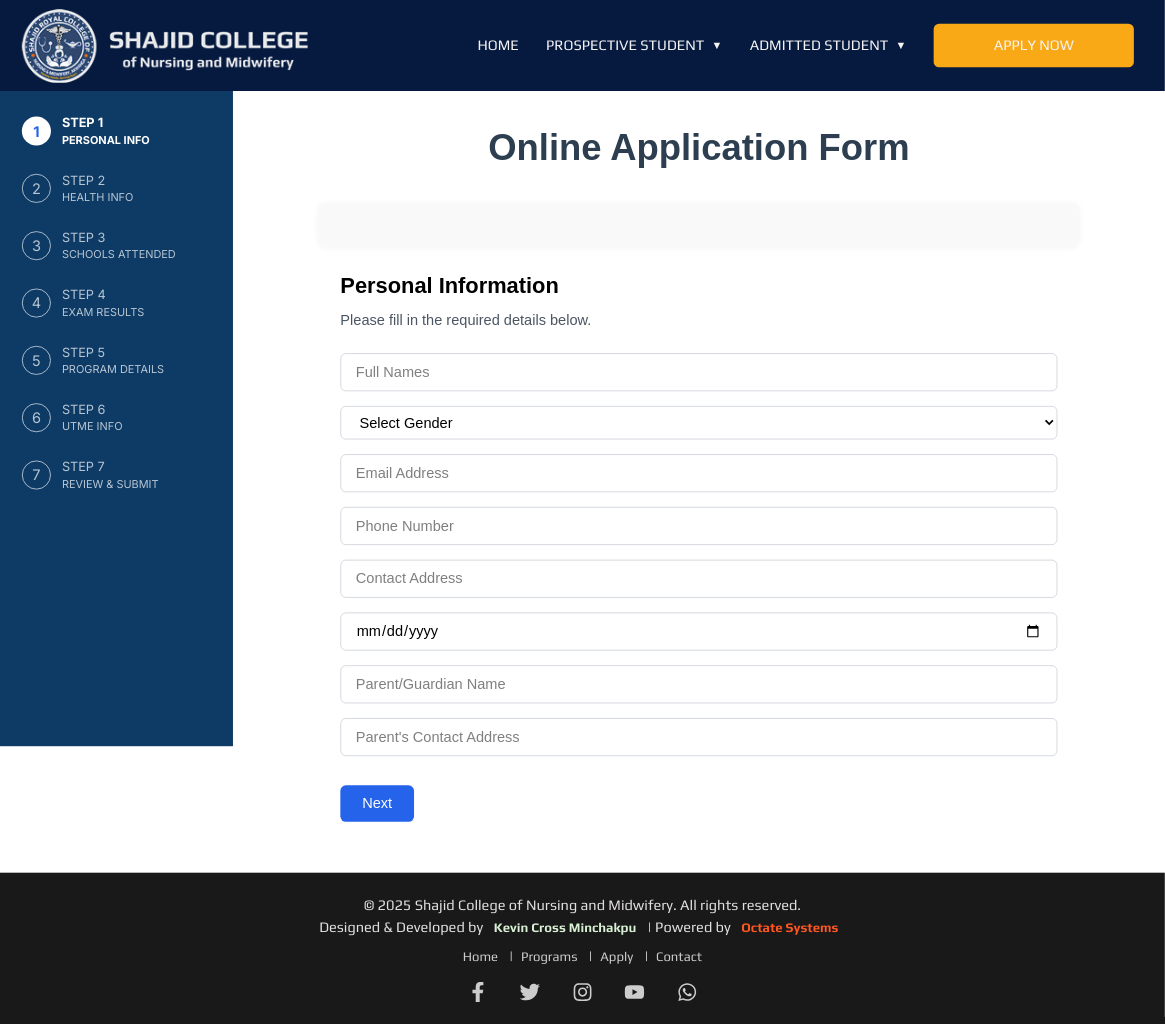
Repository: GlorifiedIntel/shajid-sms
Page: /apply
The author's editor kept a copy of each file at every save. The page is drawn from the files as they stood at one save, then again after the next save.
The browser window is 1280 px wide. The pictures show the whole page, at 91% of full size.
The project was rebuilt for these pictures with package versions that can differ from the ones it lists, and the page was loaded fresh each time. The framework's server and built-in components were replaced by stand-ins that run in the browser. Also part of the build but not shown: next.config.mjs, src/components/steps/HealthInfo.module.css, src/components/steps/HealthInfo.jsx, src/components/steps/SchoolsAttended.module.css, src/components/steps/SchoolsAttended.jsx, src/constants/subjects.js, src/components/steps/ExamResults.module.css, src/components/steps/ExamResults.jsx and 7 more.

Above is the page before, as saved 2025-07-04 16:39:32.

### src/app/layout.js
import { Inter } from 'next/font/google';
import { Play } from 'next/font/google';
import './globals.css';
import Navbar from '@/components/navbar/Navbar';
import Footer from '@/components/footer/Footer';
import SessionProviderWrapper from '@/components/SessionProviderWrapper';
import '@/icons/fontawesome';

const inter = Inter({ subsets: ['latin'] });

const play = Play({
  subsets: ['latin'],
  weight: ['400', '700'],
  variable: '--font-play',
});

export const metadata = {
  title: 'Shajid College Student Management System',
  description:
    'This is a full-featured, responsive web application built using Next.js for Shajid College of Nursing and Midwifery.',
};

export default function RootLayout({ children }) {
  return (
    <html lang="en">
      <body className={inter.className}>
        <SessionProviderWrapper>
          <div className="container">
            <Navbar />
            {children}
            <Footer />
          </div>
        </SessionProviderWrapper>
      </body>
    </html>
  );
}

### src/app/apply/page.jsx
'use client';

import { FormProvider, useFormStep } from '@/context/FormContext';
import Sidebar from '@/components/Sidebar';
import PersonalInfo from '@/components/steps/PersonalInfo';
import HealthInfo from '@/components/steps/HealthInfo';
import SchoolsAttended from '@/components/steps/SchoolsAttended';
import ExamResults from '@/components/steps/ExamResults';
import ProgramDetails from '@/components/steps/ProgramDetails';
import UTMEInfo from '@/components/steps/UTMEInfo';
import Review from '@/components/steps/Review';
import styles from './applicationform.module.css';

export default function ApplyPage() {
  // StepRenderer moved inside ApplyPage to access context properly
  function StepRenderer() {
    const { step } = useFormStep();

    switch (step) {
      case 1:
        return <PersonalInfo />;
      case 2:
        return <HealthInfo />;
      case 3:
        return <SchoolsAttended />;
      case 4:
        return <ExamResults />;
      case 5:
        return <ProgramDetails />;
      case 6:
        return <UTMEInfo />;
      case 7:
        return <Review />;
      default:
        return <div>Unknown step</div>;
    }
  }

  return (
    <FormProvider>
      <div className="min-h-screen flex items-start">
        <Sidebar />
        <div className={styles.applicationContainer}>
          <h1 className={styles.pageTitle}>Online Application Form</h1>

          <div className={styles.instructions}>

          </div>

          <StepRenderer />
        </div>
      </div>
    </FormProvider>
  );
}

### src/app/globals.css
@import "tailwindcss";

:root {
    --bg: #fdfdff;
    --btn: #2A3D45;
    --primary: #0E103D;
    --secondary: #14453D;
    --delft-blue:#183059;
    --white-smoke:#F6F4F3;
    --indigo-dye: #124E78;
    --cream:#F0F0C9;
    --prussian-blue: #102B3F;
    --midnight-green:#003844;
    --caribbean-current:#006C67;
    --gunmetal:#122C34;
    --navbar-bg: #061A40;
    --jasper: #CD5334;
    --web-orange: #FAA916;
    --font-play: 'Play', sans-serif;
    --text: #333;
    --oxford-blue: #061A40;
    --eerie-blck: #1B1B1E;
    --carmine: #96031A;
}

* {
    margin: 0;
    padding: 0;
    box-sizing: border-box;
}

body {
    margin: 0;
    padding: 0;
}

a {
    color: inherit;
    text-decoration: none;

}

### src/components/navbar/Navbar.jsx
import React from 'react';
import Links from "./links/Links";
import styles from './navbar.module.css';

const Navbar = () => {
  return (
    <div className={styles.container}>
      <div className={styles.logo}>
        <img src="./logo.png" alt="Shajid College Logo" className={styles.logoImage} />
      </div>
      <div>
        <Links />
      </div>
    </div>
  );
};

export default Navbar;

### src/components/footer/Footer.jsx
import {
  FaFacebookF,
  FaTwitter,
  FaInstagram,
  FaYoutube,
  FaWhatsapp,
} from 'react-icons/fa';
import './Footer.css'; // Ensure you have a CSS file for styling

export default function Footer() {
  return (
    <footer className="site-footer">
      <div className="footer-content">
        <p>&copy; {new Date().getFullYear()} Shajid College of Nursing and Midwifery. All rights reserved.</p>

        <p>
  Designed & Developed by{' '}
  <a
    href="https://www.linkedin.com/in/kevin-cross-minchakpu-7897379a"
    target="_blank"
    rel="noopener noreferrer"
    className="kevin-link"
  >
    Kevin Cross Minchakpu
  </a>{' '}
  | Powered by{' '}
  <a
    href="https://octatesystems.github.io/OSNigeria/"
    target="_blank"
    rel="noopener noreferrer"
    className="octate-link"
  >
    Octate Systems
  </a>
</p>

        <nav className="footer-links">
          <a href="/">Home</a> |
          <a href="/programs">Programs</a> |
          <a href="/apply">Apply</a> |
          <a href="/contact">Contact</a>
        </nav>

        <div className="social-icons">
          <a href="https://facebook.com" target="_blank" rel="noopener noreferrer" aria-label="Facebook">
            <FaFacebookF />
          </a>
          <a href="https://twitter.com" target="_blank" rel="noopener noreferrer" aria-label="Twitter">
            <FaTwitter />
          </a>
          <a href="https://instagram.com" target="_blank" rel="noopener noreferrer" aria-label="Instagram">
            <FaInstagram />
          </a>
          <a href="https://youtube.com" target="_blank" rel="noopener noreferrer" aria-label="YouTube">
            <FaYoutube />
          </a>
          <a href="https://wa.me/2348012345678" target="_blank" rel="noopener noreferrer" aria-label="WhatsApp">
            <FaWhatsapp />
          </a>
        </div>
      </div>
    </footer>
  );
}

### src/components/SessionProviderWrapper.jsx
'use client';

import { SessionProvider } from 'next-auth/react';

export default function SessionProviderWrapper({ children }) {
  return <SessionProvider>{children}</SessionProvider>;
}

### src/icons/fontawesome.js
// src/icons/fontawesome.js
import { config } from '@fortawesome/fontawesome-svg-core';
import '@fortawesome/fontawesome-svg-core/styles.css';
config.autoAddCss = false;

### src/components/Sidebar.jsx
// components/Sidebar.jsx
"use client";
import styles from "./Sidebar.module.css";
import { useFormStep } from "@/context/FormContext";

const steps = [
  "Personal Info",
  "Health Info",
  "Schools Attended",
  "Exam Results",
  "Program Details",
  "UTME Info",
  "Review & Submit",
];

export default function Sidebar() {
  const { step } = useFormStep();

  return (
    <div className={styles.sidebar}>
      {steps.map((label, index) => {
        const isActive = step === index + 1;
        return (
          <div
            key={label}
            className={`${styles.stepItem} ${isActive ? styles.active : ""}`}
          >
            <div
              className={`${styles.stepCircle} ${
                isActive ? styles.active : ""
              }`}
            >
              {index + 1}
            </div>
            <div className={styles.stepText}>
              <div className={styles.stepNumber}>STEP {index + 1}</div>
              <div className={styles.stepLabel}>{label}</div>
            </div>
          </div>
        );
      })}
    </div>
  );
}

### src/components/steps/PersonalInfo.jsx
'use client';

import { useForm } from 'react-hook-form';
import { zodResolver } from '@hookform/resolvers/zod';
import { useFormStep } from '@/context/FormContext';
import * as z from 'zod';
import styles from './PersonalInfo.module.css';
import { useEffect } from 'react';

const schema = z.object({
  fullName: z.string().min(3, 'Full name is required'),
  gender: z.enum(['Male', 'Female'], 'Gender is required'),
  email: z.string().email('Invalid email address'),
  phone: z.string().min(7, 'Phone number is required'),
  address: z.string().min(5, 'Contact address is required'),
  dob: z.string().min(1, 'Date of birth is required'),
  parentName: z.string().min(3, 'Parent/Guardian name is required'),
  parentAddress: z.string().min(5, "Parent's contact address is required"),
});

export default function PersonalInfo() {
  const { formData, updateFormData, nextStep } = useFormStep();

  // Try to get saved data from localStorage
  const savedFormData = typeof window !== 'undefined'
    ? JSON.parse(localStorage.getItem('personalInfo') || 'null')
    : null;

  const {
    register,
    handleSubmit,
    formState: { errors },
    reset,
    watch,
  } = useForm({
    resolver: zodResolver(schema),
    defaultValues: savedFormData || formData.personalInfo || {
      fullName: '',
      gender: '',
      email: '',
      phone: '',
      address: '',
      dob: '',
      parentName: '',
      parentAddress: '',
    },
  });

  // Sync form changes to localStorage
  useEffect(() => {
    const subscription = watch((value) => {
      localStorage.setItem('personalInfo', JSON.stringify(value));
    });
    return () => subscription.unsubscribe();
  }, [watch]);

  // If your context formData.personalInfo changes, reset the form with that data (optional)
  useEffect(() => {
    if (formData.personalInfo) {
      reset(formData.personalInfo);
    }
  }, [formData.personalInfo, reset]);

  const onSubmit = (data) => {
    updateFormData({ personalInfo: data });
    nextStep();
  };

  return (
    <form onSubmit={handleSubmit(onSubmit)} className={styles.form} noValidate>
      <h2 className={styles.heading}>Personal Information</h2>
      <p className={styles.subtext}>Please fill in the required details below.</p>

      <input
        {...register('fullName')}
        placeholder="Full Names"
        className={styles.input}
        aria-invalid={errors.fullName ? 'true' : 'false'}
      />
      {errors.fullName && <p className={styles.error}>{errors.fullName.message}</p>}

      <select
        {...register('gender')}
        className={styles.input}
        aria-invalid={errors.gender ? 'true' : 'false'}
      >
        <option value="">Select Gender</option>
        <option value="Male">Male</option>
        <option value="Female">Female</option>
      </select>
      {errors.gender && <p className={styles.error}>{errors.gender.message}</p>}

      <input
        {...register('email')}
        placeholder="Email Address"
        className={styles.input}
        aria-invalid={errors.email ? 'true' : 'false'}
      />
      {errors.email && <p className={styles.error}>{errors.email.message}</p>}

      <input
        {...register('phone')}
        placeholder="Phone Number"
        className={styles.input}
        aria-invalid={errors.phone ? 'true' : 'false'}
      />
      {errors.phone && <p className={styles.error}>{errors.phone.message}</p>}

      <input
        {...register('address')}
        placeholder="Contact Address"
        className={styles.input}
        aria-invalid={errors.address ? 'true' : 'false'}
      />
      {errors.address && <p className={styles.error}>{errors.address.message}</p>}

      <input
        {...register('dob')}
        type="date"
        className={styles.input}
        aria-invalid={errors.dob ? 'true' : 'false'}
      />
      {errors.dob && <p className={styles.error}>{errors.dob.message}</p>}

      <input
        {...register('parentName')}
        placeholder="Parent/Guardian Name"
        className={styles.input}
        aria-invalid={errors.parentName ? 'true' : 'false'}
      />
      {errors.parentName && <p className={styles.error}>{errors.parentName.message}</p>}

      <input
        {...register('parentAddress')}
        placeholder="Parent's Contact Address"
        className={styles.input}
        aria-invalid={errors.parentAddress ? 'true' : 'false'}
      />
      {errors.parentAddress && <p className={styles.error}>{errors.parentAddress.message}</p>}

      <button type="submit" className={styles.button}>
        Next
      </button>
    </form>
  );
}

### src/app/apply/applicationform.module.css
.applicationContainer {
  padding: 2rem;
  width: 900px;
  margin: 0 auto;
  font-family: Arial, sans-serif;
}

.instructions {
  background-color: #f9f9f9;
  padding: 1.5rem;
  border-radius: 8px;
  margin-top: 1rem;
  box-shadow: 0 0 8px rgba(0, 0, 0, 0.05);
}

.instructions h2 {
  margin-bottom: 1rem;
  font-size: 1.25rem;
}

.instructions ol {
  padding-left: 1.25rem;
}

.instructions li {
  margin-bottom: 1rem;
  line-height: 1.6;
  font-size: 1.2rem;
}

.pageTitle {
  font-size: 2.5rem;
  font-weight: bold;
  text-align: center;
  margin-bottom: 2rem;
  color: #2c3e50;
}

.instructionsHeading {
  font-size: 1.5rem;
  font-weight: 600;
  color: #34495e;
  margin-bottom: 1rem;
}

### src/components/navbar/links/Links.jsx
'use client';

import styles from './links.module.css';
import NavLink from './navLink/navLink';

const Links = () => {
  const links = [
    { title: 'HOME', path: '/' },
    {
      title: 'PROSPECTIVE STUDENT',
      path: '/auth/prospective-student',
      children: [
        { title: 'Check My Eligibility', path: '/auth/prospective-student/eligibility' },
        { title: 'Prospective Student Info', path: '/auth/prospective-student/info' },
        { title: 'Fees & Financial Assistance', path: '/auth/prospective-student/fees' },
        { title: 'Graduation Requirements', path: '/auth/prospective-student/graduation' },
        { title: 'Apply Now', path: '/apply' },
        { title: 'Advising & Support', path: '/auth/prospective-student/advising' },
        { title: 'FAQ', path: '/auth/prospective-student/faq' },
      ],
    },
    {
      title: 'ADMITTED STUDENT',
      path: '/auth/admitted-student',
      children: [
        { title: 'Admitted Student Info', path: '/auth/admitted-student/info' },
        { title: 'Fees & Financial Assistance', path: '/auth/admitted-student/fees' },
        { title: 'Advising & Support', path: '/auth/admitted-student/advising' },
        { title: 'Facebook Group 🔗', path: 'https://facebook.com/groups/yourgroup', external: true },
      ],
    },
    { title: 'APPLY NOW', path: '/apply' },
  ];

  return (
    <div className={styles.links}>
      {links.map((link) => (
        <NavLink item={link} key={link.title} />
      ))}
    </div>
  );
};

export default Links;

### src/components/navbar/navbar.module.css
.container {
    background-color: var(--navbar-bg);
    height: 100px;
    display: flex;
    align-items: center;
    justify-content: space-between;
    padding: 1.5rem;
    margin: auto;
    height: 100px;
    width: 100vw;
}



.logoImage {
  height: 81px;
  width: 314px;
}


.fontlight {
    font-size: 30px;
    font-family: "Play", sans-serif;
    font-weight: 400;
    font-style: normal;
    color: var(--white-smoke);

}

### src/components/footer/Footer.css


/* Footer styles */
.site-footer {
  background-color: #191919;
  color: #e2dfdf;
  padding: 1.5rem 0;
  text-align: center;
  font-family: var(--font-play);
  margin: auto;
  width: 100vw;

}

.footer-content {
  max-width: 1000px;
  margin: auto;
  padding: 0 1rem;
}

.footer-content nav {
  margin-top: 0.5rem;
}

.footer-content a {
  color: #ccc;
  margin: 0 0.5rem;
  text-decoration: none;
  font-size: 0.9rem;
}

.footer-content a:hover {
  color: #fff;
  text-decoration: underline;
}

.social-icons {
    display: flex !important;
    justify-content: center;
    align-items: center;
    gap: 15px;
    margin-top: 1rem;
}

.social-icons a {
  margin: 0 10px;
  font-size: 1.4rem;
  transition: transform 0.3s ease;
}

.social-icons a:hover {
  transform: scale(1.2);
}

/* Optional: Platform-specific hover colors */
.social-icons a:nth-child(1):hover { color: #1877f2; }  /* Facebook */
.social-icons a:nth-child(2):hover { color: #1da1f2; }  /* Twitter */
.social-icons a:nth-child(3):hover { color: #e1306c; }  /* Instagram */
.social-icons a:nth-child(4):hover { color: #ff0000; }  /* YouTube */
.social-icons a:nth-child(5):hover { color: #25d366; }  /* WhatsApp */

.highlight {
  color: #f3ba00;
  font-weight: bold;
  text-decoration: none;
}

.highlight:hover {
  text-decoration: underline;
}

.footer-content a.kevin-link {
  color: #d8f0d3;
  font-weight: 600;
  text-decoration: none;
}

.footer-content a.kevin-link:hover {
  color: #f0cf15;
  text-decoration: underline;
}

.footer-content a.octate-link {
  color: #ff5722;
  font-weight: 600;
  text-decoration: none;
}

.footer-content a.octate-link:hover {
  color: #2791bb;
  text-decoration: underline;
}

### src/components/Sidebar.module.css
/* Sidebar.module.css */
.sidebar {
  background-color: #0D3B66; /* blue-600 */
  color: white;
  padding: 1.5rem;
  width: 16rem;
  min-height: 100vh;
  }

.stepItem {
  margin-bottom: 1.5rem;
  display: flex;
  align-items: center;
  gap: 0.75rem;
  opacity: 0.7;
  transition: all 0.2s ease-in-out;
}

.stepItem.active {
  font-weight: bold;
  opacity: 1;
}

.stepCircle {
  width: 2rem;
  height: 2rem;
  border-radius: 9999px;
  border: 1px solid white;
  display: flex;
  align-items: center;
  justify-content: center;
}

.stepCircle.active {
  background-color: white;
  color: #2563eb;
  border: none;
}

.stepText {
  display: flex;
  flex-direction: column;
}

.stepText .stepNumber {
  font-size: 0.875rem;
}

.stepText .stepLabel {
  font-size: 0.75rem;
  text-transform: uppercase;
}

### src/components/steps/PersonalInfo.module.css
/* PersonalInfo.module.css */
.form {
  padding: 1.5rem;
}

.heading {
  font-size: 1.5rem;
  font-weight: bold;
  margin-bottom: 0.5rem;
}

.subtext {
  color: #4b5563; /* text-gray-600 */
  margin-bottom: 1.5rem;
}

.input {
  width: 100%;
  padding: 0.5rem 1rem;
  border: 1px solid #d1d5db; /* gray-300 */
  border-radius: 0.375rem;
  margin-bottom: 1rem;
  font-size: 1rem;
}

.input:focus {
  outline: none;
  border-color: #2563eb;
  box-shadow: 0 0 0 1px #2563eb;
}

.button {
  background-color: #2563eb;
  color: white;
  padding: 0.5rem 1.5rem;
  border-radius: 0.375rem;
  font-weight: 500;
  border: none;
  cursor: pointer;
  margin-top: 1rem;
}

.button:hover {
  background-color: #1e40af;
}

.error {
  color: #dc2626; /* red-600 */
  font-size: 0.875rem;
  margin-top: -0.75rem;
  margin-bottom: 0.75rem;
}

### src/components/navbar/links/links.module.css
.links {
    display: flex;
    align-items: center;
    gap: 10px;
    font-family: var(--font-play);
    font-weight: 400;
    font-style: normal;
    color: var(--white-smoke);
    width: 100%;
    text-decoration: none;
}

### src/components/navbar/links/navLink/navLink.jsx
'use client';

import Link from 'next/link';
import { useState } from 'react';
import { usePathname } from 'next/navigation';
import styles from './navLink.module.css';

const NavLink = ({ item }) => {
  const pathname = usePathname();
  const [isOpen, setIsOpen] = useState(false);

  const isActive = pathname === item.path;

  const handleToggle = () => {
    setIsOpen((prev) => !prev);
  };

  const handleClose = () => {
    setIsOpen(false);
  };

  return (
    <div
      className={styles.navItem}
      onMouseEnter={() => setIsOpen(true)}
      onMouseLeave={() => setIsOpen(false)}
    >
      <div className={styles.mainLinkWrapper} onClick={item.children ? handleToggle : undefined}>
        <Link
          href={item.path}
          className={`${styles.mainLink} ${isActive ? styles.active : ''}`}
        >
          {item.title}
        </Link>
        {item.children && (
          <span className={styles.arrow}>{isOpen ? '▲' : '▼'}</span>
        )}
      </div>

      {item.children && isOpen && (
        <div className={styles.dropdown}>
          {item.children.map((child) => {
            const isChildActive = pathname === child.path;
            return child.external ? (
              <a
                key={child.title}
                href={child.path}
                target="_blank"
                rel="noopener noreferrer"
                className={styles.dropdownLink}
                onClick={handleClose}
              >
                {child.title}
              </a>
            ) : (
              <Link
                key={child.title}
                href={child.path}
                className={`${styles.dropdownLink} ${isChildActive ? styles.active : ''}`}
                onClick={handleClose}
              >
                {child.title}
              </Link>
            );
          })}
        </div>
      )}
    </div>
  );
};

export default NavLink;

### src/components/navbar/links/navLink/navLink.module.css

.active {
    background-color: var(--web-orange);
    color: black;
    padding: 12px 12px;
    width: 220px;
    display: inline-block;
    border-radius: 6px;
    text-align: center;
}

.navItem {
  position: relative;
  display: inline-block;
}

.mainLinkWrapper {
  display: flex;
  align-items: center;
  justify-content: space-between;
  cursor: pointer;
  padding: 10px;
}

.mainLink {
  text-decoration: none;
  color: var(--white-smoke);

}

.arrow {
  margin-left: 8px;
  font-size: 12px;
}

.dropdown {
  position: absolute;
  top: 100%;
  left: 0;
  background-color: white;
  border: 1px solid #ddd;
  box-shadow: 0px 4px 8px rgba(0,0,0,0.1);
  z-index: 1000;
  min-width: 230px;
}

.dropdownLink {
  display: block;
  padding: 10px 15px;
  color: #333;
  text-decoration: none;
  transition: background-color 0.2s;
}

.dropdownLink:hover {
  background-color: #f5f5f5;
}

/* Optional: Responsive tweaks for better mobile support */
@media (max-width: 768px) {
  .dropdown {
    position: static;
    box-shadow: none;
    border: none;
  }

  .navItem {
    display: block;
  }

  .mainLinkWrapper {
    justify-content: flex-start;
  }

  .arrow {
    margin-left: auto;
  }
}

Loaded but not shown: src/context/FormContext.js (84 lines, source omitted)

After the next save:
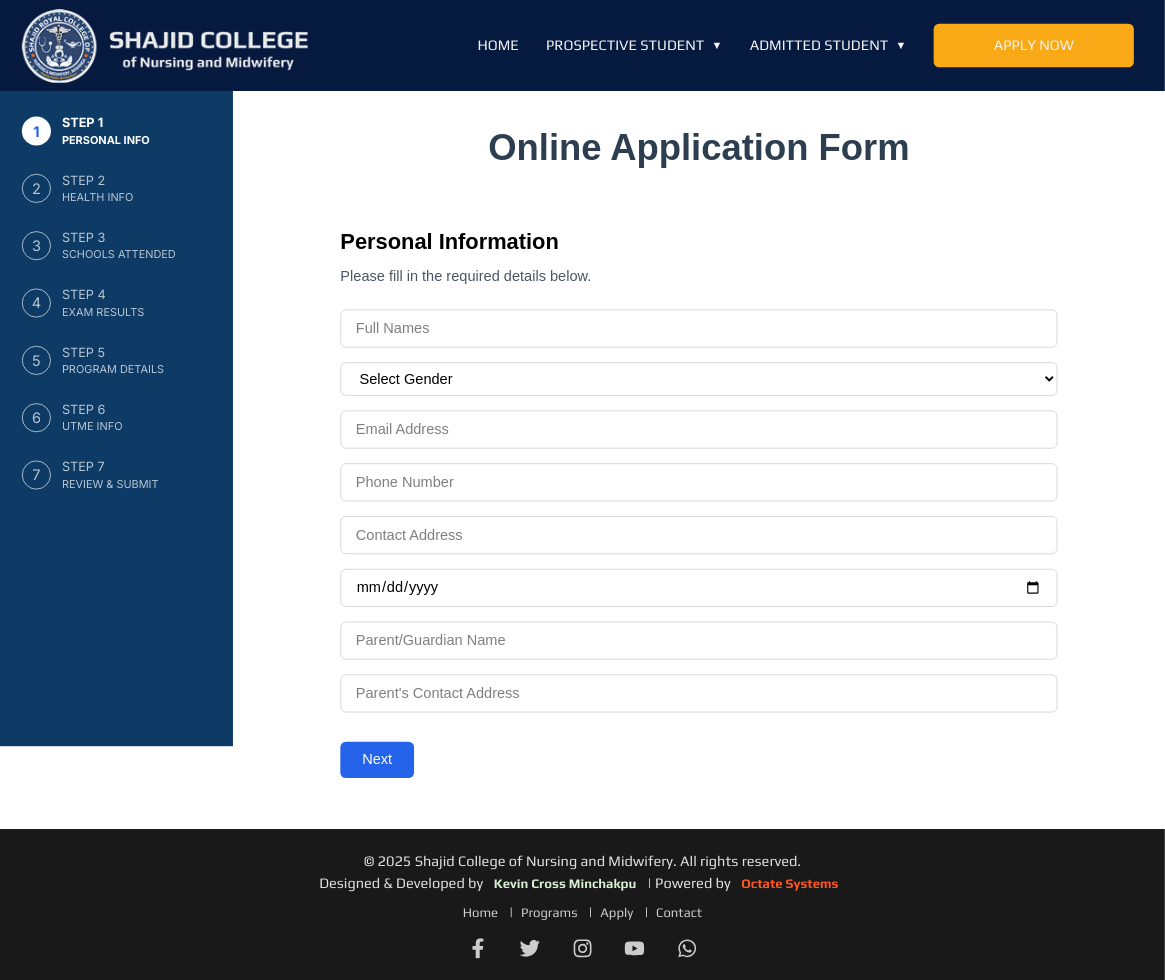
Saved 8 min 36 s later.
--- a/src/app/apply/page.jsx
+++ b/src/app/apply/page.jsx
@@ -42,11 +42,6 @@ export default function ApplyPage() {
         <Sidebar />
         <div className={styles.applicationContainer}>
           <h1 className={styles.pageTitle}>Online Application Form</h1>
-
-          <div className={styles.instructions}>
-
-          </div>
-
           <StepRenderer />
         </div>
       </div>
